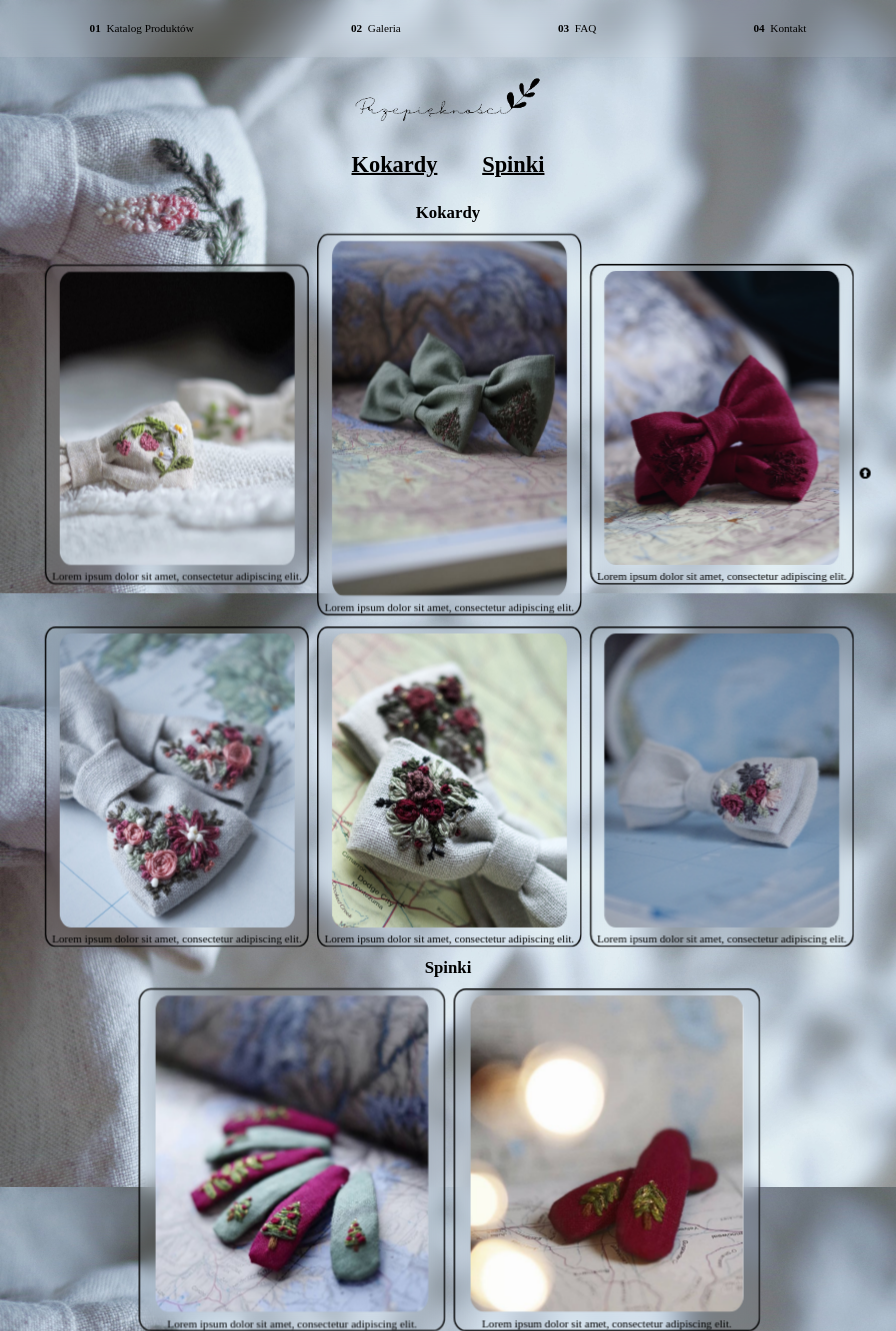
Repository: kowalkos/Rak_projekt
Page: /produkty
An editor plug-in stored every save of this project. The page is shown before and after the next save, followed by the edit.
The browser window is 1280 px wide. The pictures show the whole page, at 70% of full size.
Backgrounds fixed to the window are drawn as part of the page. The project was rebuilt for these pictures with package versions that can differ from the ones it lists, and the page was loaded fresh each time. Also part of the build but not shown: src/components/galeria/Galeria.js, src/components/main/Main.js, src/components/FAQ/Faq.js, src/components/about/About.js.

Above is the page before, as saved 2022-01-16 18:54:21.

After the next save:
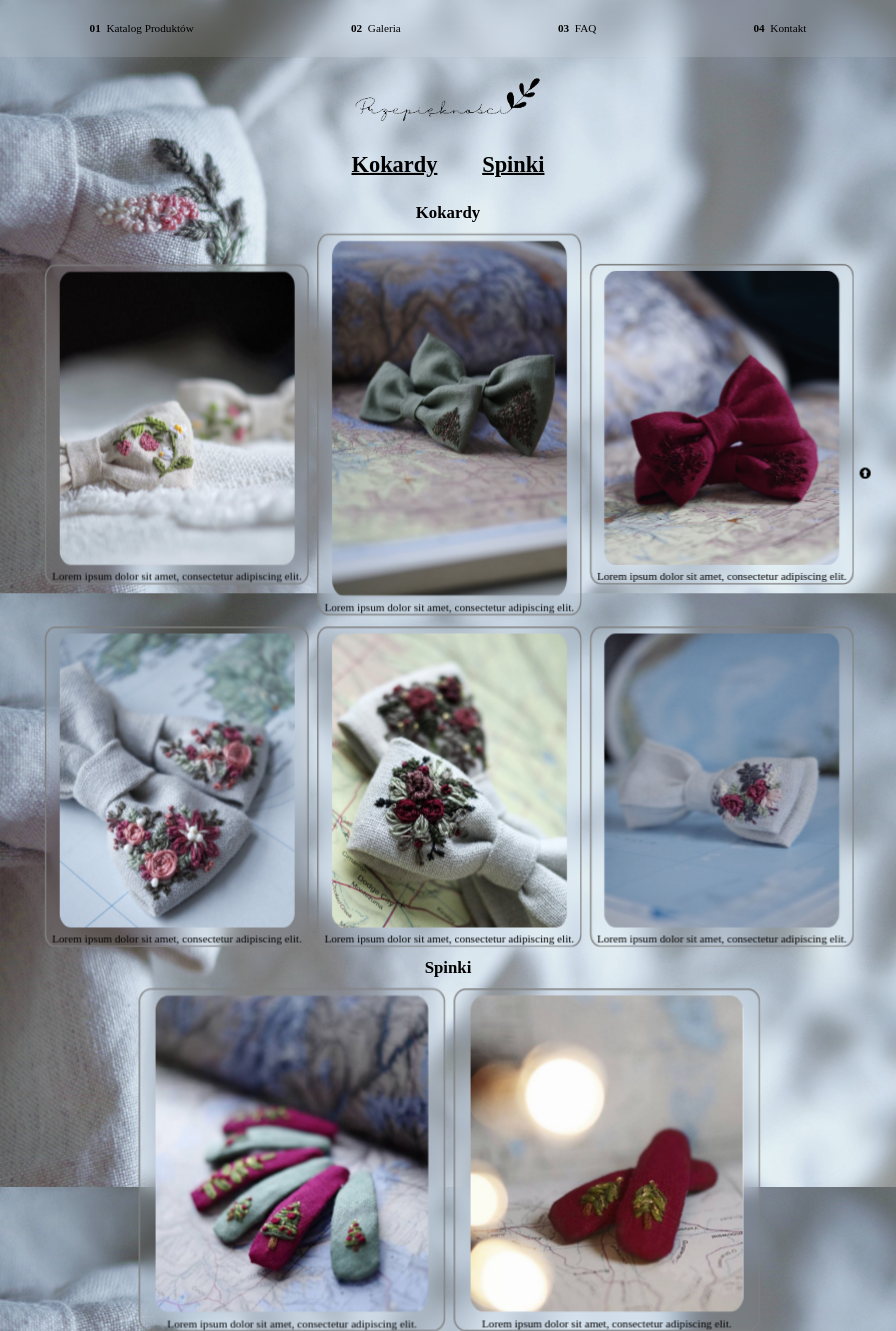
Saved 32 s later.
--- a/src/components/produkty/Produkt.css
+++ b/src/components/produkty/Produkt.css
@@ -18,7 +18,7 @@ h2{
     .items{
         backdrop-filter: blur(1rem);
         overflow: hidden;
-        border: 2px solid black;
+        border: 2px solid grey;
         border-collapse:initial;
         border-radius: 4%;
 
